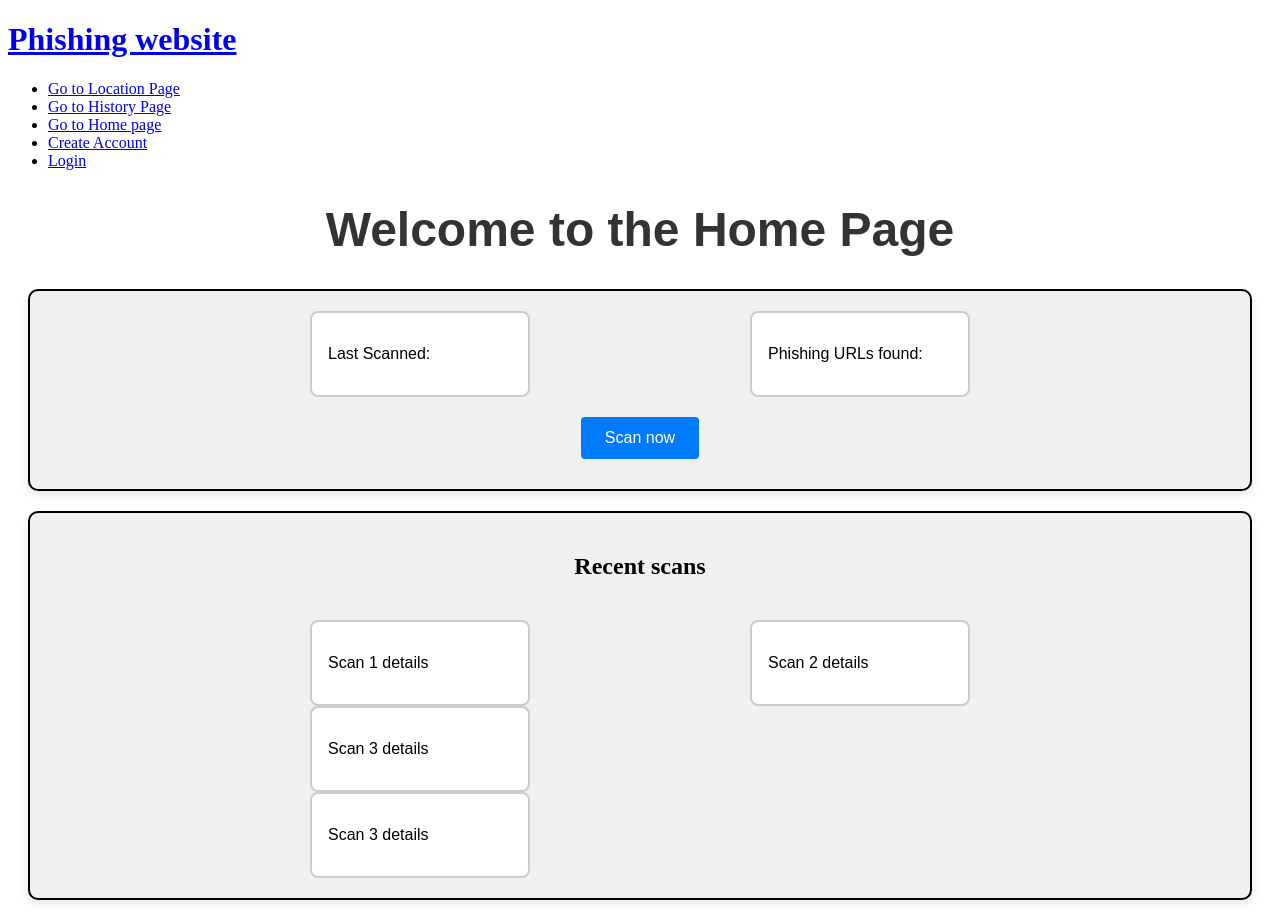
Repository: 2305199/Final-year-project
Page: / (app in frontend/)
The author's editor kept a copy of each file at every save. The page is drawn from the files as they stood at one save, then again after the next save.
The browser window is 1280 px wide. The pictures show the whole page.
The project was rebuilt for these pictures with package versions that can differ from the ones it lists, and the page was loaded fresh each time. Also part of the build but not shown: frontend/vite.config.js, frontend/src/Location/Location.jsx, frontend/src/History/History.jsx, frontend/src/User/CreateAccount.jsx, frontend/src/User/Login.jsx.

Above is the page before, as saved 2026-01-29 01:29:31.

### frontend/src/App.jsx
import { BrowserRouter as Router, Routes, Route } from 'react-router-dom';
import Home from './Home/Home.jsx'
import Location from './Location/Location.jsx'
import History from './History/History.jsx'
import CreateAccount from './User/CreateAccount.jsx'
import Login from './User/Login.jsx'
import Header from './components/Header.jsx'

function App() {

  return (
    <Router>
    <Header />
   <Routes>
      <Route path="/" element={<Home />} />
      <Route path="/location" element={<Location />} />
      <Route path="/history" element={<History />} />
      <Route path="/createAccount" element={<CreateAccount />} />
      <Route path="/login" element={<Login />} />
   </Routes>
    </Router>
  )
}

export default App

### frontend/src/Home/Home.jsx
import styles from './Home.module.css'
function Home() {
    return ( <div>
        <div className={styles.title}> <h1>Welcome to the Home Page</h1></div>


<div className={styles.Box}>
  <div className={styles.topRow}>
    <div className={styles.Lscanned}>
      <p>Last Scanned:</p>
    </div>

    <div className={styles.Pfound}>
      <p>Phishing URLs found:</p>
    </div>
  </div>

  <button className={styles.scanButton}>Scan now</button>
</div>



    <div className={styles.Box}>
        <h2>Recent scans</h2>
        <div className={styles.recentScans}>
            <div className={styles.topRow}>
            <div className={styles.Lscanned}><p>Scan 1 details</p></div>
            <div className={styles.Lscanned}><p>Scan 2 details</p></div>
            </div>
            <div className={styles.recentScans}>
            <div className={styles.Lscanned}><p>Scan 3 details</p></div>
             <div className={styles.Lscanned}><p>Scan 3 details</p></div>
             </div>
        </div>
    </div>

    </div>)
}
export default Home

### frontend/src/components/Header.jsx
function Header() {
    return (<div>
    <h1> <a href="/">Phishing website </a></h1>
     <ul>
        <li><a href="/location">Go to Location Page</a></li>
        <li><a href="/history">Go to History Page</a></li>
        <li><a href="/">Go to Home page</a></li>
        <li><a href="/createAccount">Create Account</a></li>
        <li><a href="/login">Login</a></li>
    </ul>
    </div>)

}
export default Header

### frontend/src/Home/Home.module.css
.title{
    text-align: center;
    font-size: 1.5rem;
    margin-bottom: 20px;
    color: #333;
    font-family: 'Arial', sans-serif;
}
.Box{
    display: flex;
    flex-direction: column;
    align-items: center;
    justify-content: center;
   border: 2px solid black;
    padding: 20px;
    margin: 20px;
    background-color: #f0f0f0;
    border-radius: 10px;
    box-shadow: 0 4px 8px rgba(0, 0, 0, 0.1);

}
.container {
  display: grid;
  gap: 20px;
}

.Box {
  display: flex;
  flex-direction: column;
  align-items: center;
  gap: 20px;
}

.Lscanned,
.Pfound {
  border: 2px solid #ccc;
  padding: 16px;
  border-radius: 8px;
  background-color: #ffffff;
  font-family: 'Arial', sans-serif;
  width: 220px;
  box-sizing: border-box;
  margin-right: 100px;
  margin-left: 100px;
}

.scanButton {
  padding: 12px 24px;
  font-size: 16px;
  background-color: #007bff;
  color: #ffffff;
  border: none;
  border-radius: 4px;
  cursor: pointer;
  transition: background-color 0.3s ease;
  margin-bottom: 10px;

}
.scanButton:hover {
  background-color: #0056b3;}
.topRow {
  display: flex;
  flex-direction: row; /* side by side */
  gap: 20px;
  align-items: center;
}

Loaded but not shown: frontend/index.html (common file); frontend/src/main.jsx (common file); frontend/src/index.css (no stored copy; drawn as an empty file)

After the next save:
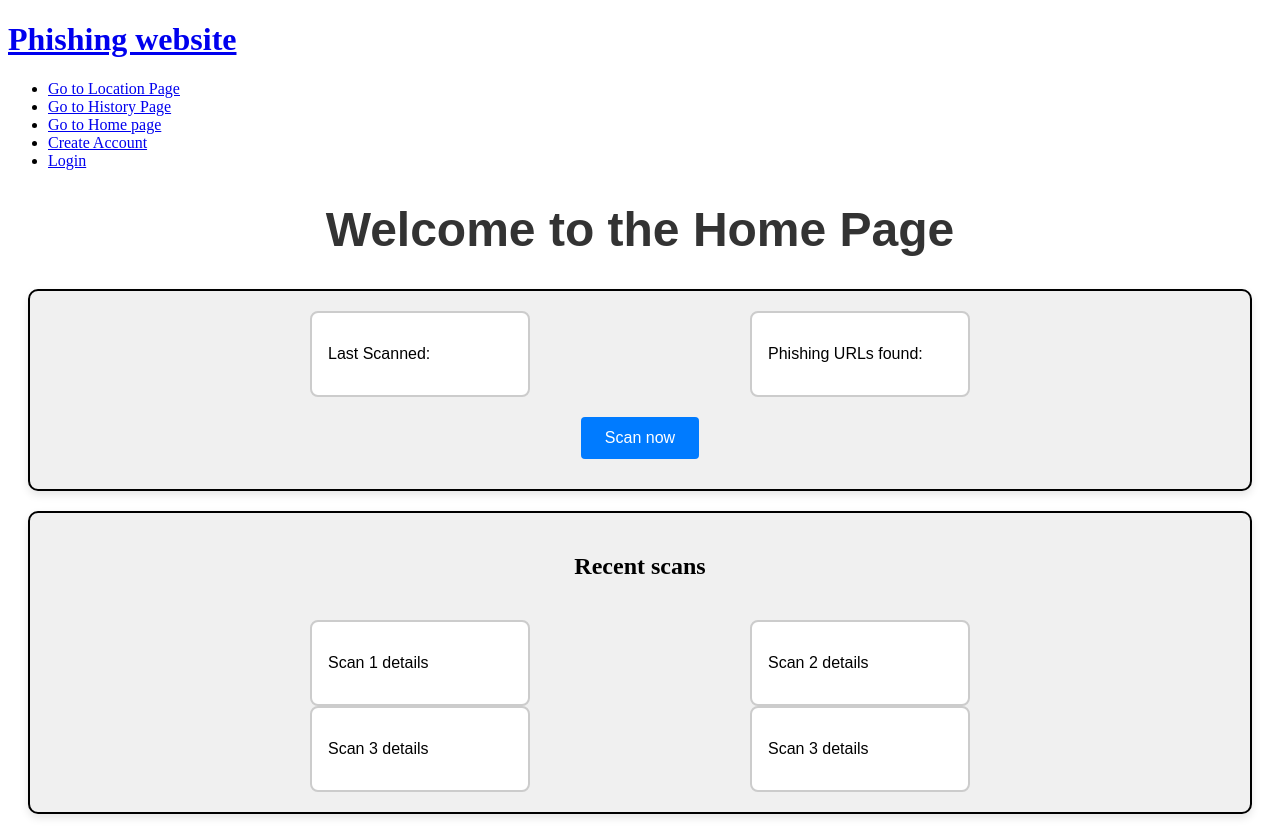
Saved 19 s later.
--- a/frontend/src/Home/Home.jsx
+++ b/frontend/src/Home/Home.jsx
@@ -27,7 +27,7 @@ function Home() {
             <div className={styles.Lscanned}><p>Scan 1 details</p></div>
             <div className={styles.Lscanned}><p>Scan 2 details</p></div>
             </div>
-            <div className={styles.recentScans}>
+            <div className={styles.topRow}>
             <div className={styles.Lscanned}><p>Scan 3 details</p></div>
              <div className={styles.Lscanned}><p>Scan 3 details</p></div>
              </div>
